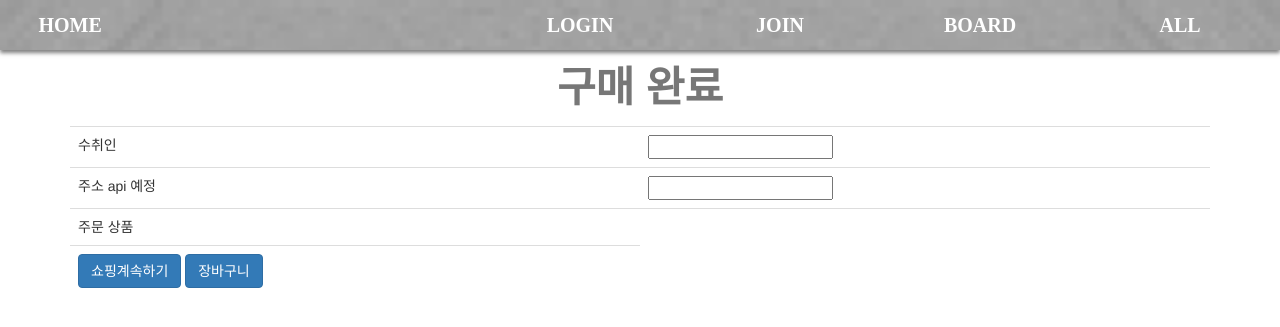
Repository: j-Woody/makers
Page: http://localhost/Makers/WEB-INF/views/porder/porderFin.jsp
An editor plug-in stored every save of this project. The page is shown before and after the next save, followed by the edit.
The browser window is 1280 px wide. The pictures show the whole page.
The page is served by Tomcat 9. Nobody is signed in. Other server files are loaded and not shown. The template is opened directly, without the code that normally fills it, so the values that code supplies are empty.

Above is the page before, as saved 2019-05-23 11:57:28.
Console error: ReferenceError: $ is not defined

### Makers/src/main/webapp/WEB-INF/views/porder/porderFin.jsp
<%@ page language="java" contentType="text/html; charset=UTF-8"
    pageEncoding="UTF-8"%>
      <%@ taglib prefix="c" uri="http://java.sun.com/jsp/jstl/core" %>
    <%@taglib prefix="fmt" uri="http://java.sun.com/jsp/jstl/fmt" %>
    <c:set var="conPath" value="${pageContext.request.contextPath }"/>
<!DOCTYPE html>
<html>
<head>
<meta charset="UTF-8">
<title>Insert title here</title>
<script>
	$(window).ready(function() {


	});

</script>
</head>
<body>
<jsp:include page="../main/header.jsp"></jsp:include>
<div  class="container ">
 <table class="table">
 <caption style="font-size: 3em; font-weight: bold; text-align: center;">구매 완료</caption>
  <tr>
      <td>
      	<span>수취인</span>

      </td>
        <td>
      		<input type="text" name="orname" readonly="readonly" required="required" value="${pList.orname }" >
      	 </td>
  </tr>
  <tr>
      <td>
      	<span>주소 api 예정</span>
      </td>
      <td colspan="2">
      	<input type="text" name="oraddr" readonly="readonly" required="required" value="${pList.oraddr }" >
      </td>

  </tr>

  <tr>
      <td colspan="3">
      		주문 상품
      </td>
  </tr>
  <c:forEach var="c" items="${cartList}">
  <tr>
      <td>
      		<span>${c.ptitle }/${c.mrtitle }</span>
      </td>
       <td>
      		<span>${c.ctcount }/${c.pcount }</span>
      </td>
      <td>
      	<img src="${conPath }/mOrderImage/${c.mrimg}" alt="${c.mrimg}" style="width: 100px;">
      </td>
  </tr>
  </c:forEach>
  	<tr>
       <td>
       <button class="btn btn-primary" onclick="location.href='${conPath}/Product/productList.do'">쇼핑계속하기</button>
       <button class="btn btn-primary" onclick="location.href='${conPath}/Cart/cartView.do?mid=${mem.mid }'">장바구니</button>
       </td>
    </tr>
  </table>
</div>
</body>
</html>

### Makers/src/main/webapp/WEB-INF/views/main/header.jsp
<%@ page language="java" contentType="text/html; charset=UTF-8"
	pageEncoding="UTF-8"%>
<%@ taglib prefix="c" uri="http://java.sun.com/jsp/jstl/core"%>
<%@ taglib prefix="fmt" uri="http://java.sun.com/jsp/jstl/fmt"%>
<c:set var="conPath" value="${pageContext.request.contextPath}" />
<!DOCTYPE html>
<html>
<head>
<meta charset="UTF-8">
<title>Insert title here</title>
<link href="${conPath}/css/header.css" rel="stylesheet" type="text/css">
<!-- <script src="https://code.jquery.com/jquery-3.3.1.min.js"></script> -->
<link rel="stylesheet" href="https://maxcdn.bootstrapcdn.com/bootstrap/3.3.2/css/bootstrap.min.css">
<script>
	$(document).ready(function() {
		$('#login').click(function() {
			$('#loginPage').removeAttr("style");
		});

		$('#login_RC').click(function() {
			$('#loginPage').removeAttr("style");
		});

		$('.blackpaper').click(function() {
			$('#loginPage').attr("style", "display:none;");
		});

		$('#msgto').click(function() {
			$('#msgPage').removeAttr("style");
			$.ajax({
				url:'${conPath}/msgListView.do',
				data:'mid=${mem.mid}',
				datatype:'html',
				type:'post',
				success:function(data){
					$('#msgPage').html(data);
				}
			});
		});
		$('#msgfrom').click(function() {
			$('#msgPage').removeAttr("style");
			$.ajax({
				url:'${conPath}/msgListView.do',
				data:'mid2=${mem.mid}',
				datatype:'html',
				type:'post',
				success:function(data){
					$('#msgPage').html(data);
				}
			});
		});

		$('#logOut').click(function(){
			$.ajax({
				url:'${conPath}/logout.do',
				type:'post',
				success:function(){
					location.reload();
				}
			});
		});
	});

</script>
</head>
<body>

	<div id="header">

		<div id="nav">

			<div id="n_name">

				<a href="${conPath}/main.do">HOME</a>

			</div>

			<c:if test="${empty mem && empty adm}">

				<div id="n_menu">

					<ul>
						<li><a id="login">LOGIN</a></li>

						<li><a href="${conPath}/joinView.do">JOIN</a></li>


						<li><a>BOARD</a>
							<ul>
								<li><a href="${conPath}/FreeBoard/fblist.do">FREE</a></li>
								<li><a href="${conPath}/QnA/qnaList.do">QnA</a></li>
							</ul>
						</li>

						<li><a>ALL</a>
							<ul>
								<li><a href="${conPath}/Item/itemBoardList.do">ITEM</a></li>
								<li><a href="${conPath}/Product/productList.do">PRODUCT</a></li>
								<li><a href="${conPath}/getMorderAllPaging.do">MOD</a></li>
							</ul>
						</li>

					</ul>

				</div>

			</c:if>





			<c:if test="${not empty mem}">

				<div id="n_menu">

					<ul>

					<li>
						<a id="msgto">
							<span class="glyphicon glyphicon-envelope" aria-hidden="true"></span>
						</a>
					</li>
					<li>
						<a id="msgfrom">
							<span class="glyphicon glyphicon-envelope" aria-hidden="true"></span>
						</a>
					</li>
					<li><a href="#header"><span id="logOut">LOGOUT</span></a></li>

						<li><a href="${conPath}/myInfoView.do">MY INFO</a></li>

						<li><a>BOARD</a>
							<ul>
								<li><a href="${conPath}/FreeBoard/fblist.do">FREE</a></li>
								<li><a href="${conPath}/QnA/qnaList.do">QnA</a></li>
								<li><a href="${conPath}/QnA/test.do">test</a></li>
							</ul>
						</li>

						<li><a>ALL</a>
							<ul>
								<li><a href="${conPath}/Item/itemBoardList.do">ITEM</a></li>
								<li><a href="${conPath}/Product/productList.do">PRODUCT</a></li>
								<li><a href="${conPath}/getMorderAllPaging.do">MOD</a></li>
								<li><a href="${conPath}/myMorderList.do?mid=${mem.mid}">MyBluePrint</a></li>
								<li><a href="${conPath}/Cart/cartListView.do?mid=${mem.mid}">장바구니</a></li>
							</ul>
						</li>

					</ul>

				</div>


			</c:if>





			<c:if test="${not empty adm}">

				<div id="n_menu">

					<ul>

						<li><a href="${conPath}/logout.do">LOGOUT</a></li>

						<li><a href="${conPath}/memberListView.do">LIST</a></li>

						<li><a>BOARD</a>
							<ul>
								<li><a href="${conPath}/FreeBoard/fblist.do">FREE</a></li>
								<li><a href="${conPath}/QnA/qnaList.do">QnA</a></li>

							</ul>
						</li>

						<li><a>ALL</a>
							<ul>
								<li><a href="${conPath}/Item/itemBoardList.do">ITEM</a></li>
								<li><a href="${conPath}/Product/productList.do">PRODUCT</a></li>
								<li><a href="${conPath}/getMorderAllPaging.do">MOD</a></li>

							</ul>
						</li>

					</ul>

				</div>


			</c:if>


		</div>

	</div>


	<c:if test="${empty mem }">
		<div id="loginPage" style="display: none;">
			<jsp:include page="../every/loginView.jsp"/>
		</div>

		<div id="finePwPage" style="display: none;">
			<jsp:include page="../every/findPwView.jsp"/>
		</div>
	</c:if>

	<c:if test="${not empty mem }">
		<div id="msgPage" style="display: none;">

		</div>
	</c:if>



</body>
</html>

### Makers/src/main/webapp/WEB-INF/views/every/loginView.jsp
<%@ page language="java" contentType="text/html; charset=UTF-8"
	pageEncoding="UTF-8"%>
<%@ taglib prefix="c" uri="http://java.sun.com/jsp/jstl/core"%>
<%@ taglib prefix="fmt" uri="http://java.sun.com/jsp/jstl/fmt"%>
<c:set var="conPath" value="${pageContext.request.contextPath}" />
<!DOCTYPE html>
<html>
<head>
<meta charset="UTF-8">
<title>Insert title here</title>
<link href="${conPath}/css/login.css" rel="stylesheet" type="text/css">
<script src="https://code.jquery.com/jquery-3.3.1.min.js"></script>
<script>
$(document).ready(function() {
	$('#forgot').click(function() {
		$('#loginPage').attr("style", "display:none;");
		$('#finePwPage').removeAttr("style");
	});

	$('.blackpaper').click(function() {
		$('#finePwPage').attr("style", "display:none;");
	});

	if (${loginFail == 0} && true) {
		$('#loginPage').removeAttr("style");
	}

	$('.libtn').click(function(){
		var id=$('#id').val();
		var pw=$('#pw').val();
		$.ajax({
			url:'${conPath}/login.do',
			data:'id='+id+'&pw='+pw,
			datatype:'html',
			type:'post',
			success:function(data){
				location.reload();
			}
		});
	});
});
</script>
</head>
<body>
	<div>

        <div class="blackpaper">
        </div>

        <div id="loginbox">

            <form name="frm" id="frm" onsubmit="return chk()">

                <input type="text" name="id" id="id" class="login" value="${mid}" placeholder="ID" autofocus="autofocus" required>
                <input type="password" name="pw" id="pw" class="login" placeholder="password" required>

				<div id="forgot">Forgot password?</div>

                <div class="btn_wrap">
                    <input type="button" class="libtn focus" value="Login">
                </div>

            </form>

        </div>
    </div>
</body>
</html>

### Makers/src/main/webapp/WEB-INF/views/every/findPwView.jsp
<%@ page language="java" contentType="text/html; charset=UTF-8" pageEncoding="UTF-8"%>
<%@ taglib prefix="c" uri="http://java.sun.com/jsp/jstl/core" %>
<%@ taglib prefix="fmt" uri="http://java.sun.com/jsp/jstl/fmt" %>
<c:set var="conPath" value="${pageContext.request.contextPath }"/>
<!DOCTYPE html>
<html>
<head>
<meta charset="UTF-8">
<title>Insert title here</title>
	<link href="${conPath }/css/findpw.css" rel="stylesheet" type="text/css">
	<script src="https://ajax.googleapis.com/ajax/libs/jquery/3.3.1/jquery.min.js"></script>
	<script>
		$(document).ready(function(){
			$('#send').click(function(){
				var fmid = $('#fmid').val();
				$.ajax({
					url : '${conPath}/mailSend.do',
					datatype : 'html',
					data : "reason=findPw&mid="+fmid,
					success : function(data, status){
						alert('임시 비밀번호가 '+fmid+'로 전송되었습니다.\n로그인 화면으로 이동합니다.');
						location.href="${conPath}/main.do";
					}
				});
			});
		});
	</script>
</head>
<body>

	<div>

        <div class="blackpaper">
        </div>

        <div id="findbox">
            <p>ID(E-Mail)</p>
            <input type="email" name="mid" id="fmid" class="find_pw">
            <button id="send" class="fpbtn fpfocus">이메일로 임시번호 받기</button>
        </div>

    </div>

</body>
</html>

### Makers/src/main/webapp/css/header.css
@charset "UTF-8";

* {
	margin: 0;
	padding: 0;
	text-decoration: none;
}


/* 헤더 */
#header {
	height: 50px;
	background-image: url(../teamIMG/back/mirrored_squares_@2X.png);
	background-size: cover;
	background-repeat: no-repeat;
}

#nav {
	z-index: 9; /* 우선순위 */
	position: absolute; /* 스크롤 따라움직임 */
	left: 0;
	top: 0;
	display: inline-block;
	width: 100%; /* 네비바 넓이 */
	min-width: 1000px;
	/* background: #706c6c; */ /* 네비바 배경색 */
	opacity: 1; /* 네비바 투명도 */
	height: 50px; /* 네비바 높이 */
	box-shadow: 0px 3px 4px rgba(0, 0, 0, 0.5); /* 네비바 그림자 살짝 */
}

#n_name {
	float: left; /* 네비바 안에 HOME버튼 */
	display: inline-block;
	margin-left: 3%; /* 네비바 안에 HOME버튼의 왼쪽여백 */
	height: 50px; /* 네비바 안에 HOME버튼의 높이 */
}

#n_name a { /* 네비바 안에 HOME글자 CSS */
	display: inline-block;
	width: 100%;
	height: 100%;
	color: white;
	letter-spacing: 0px;
	/* text-shadow: 0px 1px 1px rgba(0, 0, 0, 0.4); */
	text-decoration: none;
	font-size: 20px;
	line-height: 50px;
	text-decoration: none;
	font-weight: bold;
	font-family: 'Drawing Guides';
}

#n_menu { /* 네비바 안에 메뉴 */
	float: right;
	display: inline-block;
	height: 50px;
}

#n_menu ul {
	display: inline-block;
}

#n_menu li {
	float: left;
	display: inline;
	height: 100%;
	width: 200px;
}

#n_menu a {
	display: block;
	color: white;
	height: 50px;
	font-size: 20px;
	line-height: 50px;
	text-decoration: none;
	text-align: center;
	font-weight: bold;
	font-family: Drawing Guides;
}

#n_menu a:hover {
	color: #292e2f;
	background: #fff;
	text-shadow: none;
}

#n_menu li {
	overflow: hidden;
}

#n_menu li ul { /* 오버하면 보이는 버튼1  */
	display: none; /* 평상시에는 서브메뉴가 안보이게 하기 */
	position: absolute;
	z-index: 201;
	font: 14px;
	color: white;
	font-size: 14px;
	line-height: 50px;
	text-align: center;
	text-decoration: none;
	background-color: #706c6c;
	width: 200px;
}

#n_menu li:hover ul { /* 오버하면 보이는 버튼2  */
	display: block; /* 마우스 커서 올리면 서브메뉴 보이게 하기 */
	z-index: 201;
}



/* 헤더 끝 */

### Makers/src/main/webapp/css/login.css
@charset "UTF-8";

* {
	margin: 0;
	padding: 0;
}

.blackpaper {
	position: fixed;
	background-color: black;
	width: 100%;
	height: 100%;
	opacity: 0.6;
	z-index: 10;
	top: 0%;
}

#loginbox {
	position: fixed;
	width: 20%;
	padding: 27px 19px 23px;
	border-bottom: 1px solid #C4C4C4;
	border-radius: 5px;
	background: white;
	box-shadow: 0 1px 5px rgba(0, 0, 0, 0.25);
	box-shadow: 0 1px 5px rgba(0, 0, 0, 0.25);
	z-index: 100;
	left: 50%;
	margin-left: -10%;
	top: 50%;
	margin-top: -10%;
}

.login {
	width: 100%;
	height: 50px;
	margin-bottom: 25px;
	padding: 0 15px 2px;
	font-size: 17px;
	background: white;
	border: 2px solid #EBEBEB;
	border-radius: 4px;
	box-shadow: inset 0 -2px #EBEBEB;
	box-shadow: inset 0 -2px #EBEBEB;
	font-family: inherit;
	color: inherit;
	box-sizing: border-box;
}

.login:focus { /* 클릭시 */
	border-color: #62C2E4;
	outline: none;
	box-shadow: inset 0 -2px #62C2E4;
	box-shadow: inset 0 -2px #62C2E4;
}

#forgot {
	margin-top: -20px;
	height: 20px;
	width: 100%;
	text-align: right;
	color: blue;
}

#forgot p {

}

.btn_wrap {
	padding-top: 10px;
	text-align: center;
}

.libtn {
	width: 100%;
	display: inline-block;
	vertical-align: middle;
	min-width: 60px;
	height: 40px;
	margin: 0;
	padding: 0 15px;
	border: #222 solid 1px;
	border-radius: 3px;
	color: #222;
	line-height: 38px;
	text-decoration: none;
}

.libtn.focus {
	background: linear-gradient(to bottom, gray, black);
	color: white;
}

.libtn.focus:hover {
	background: linear-gradient(to bottom, white, lightgray);
	color: #333;
}

### Makers/src/main/webapp/css/findpw.css
@charset "UTF-8";

* {
	margin: 0;
	padding: 0;
}

.blackpaper {
	position: fixed;
	background-color: black;
	width: 100%;
	height: 100%;
	opacity: 0.6;
	z-index: 10;
	top: 0%;
}

#findbox {
	position: fixed;
	width: 20%;
	height: 21%;
	padding: 27px 19px 23px;
	border-bottom: 1px solid #C4C4C4;
	border-radius: 5px;
	background: white;
	box-shadow: 0 1px 5px rgba(0, 0, 0, 0.25);
	box-shadow: 0 1px 5px rgba(0, 0, 0, 0.25);
	z-index: 100;
	left: 50%;
	margin-left: -10%;
	top: 50%;
	margin-top: -10%;
	font-weight: bold;
	font-size: 20px;
	text-align: center;
}

#findbox p {
	width: 100%;
	height: 50px;
}

.find_pw {
	width: 100%;
	height: 50px;
	margin-bottom: 25px;
	padding: 0 15px 2px;
	font-size: 17px;
	background: white;
	border: 2px solid #EBEBEB;
	border-radius: 4px;
	box-shadow: inset 0 -2px #EBEBEB;
	box-shadow: inset 0 -2px #EBEBEB;
	font-family: inherit;
	color: inherit;
	box-sizing: border-box;
	margin-top: 20px;
}

.find_pw:focus { /* 클릭시 */
	border-color: #62C2E4;
	outline: none;
	box-shadow: inset 0 -2px #62C2E4;
	box-shadow: inset 0 -2px #62C2E4;
}

#forgot {
	margin-top: -20px;
	height: 20px;
	width: 100%;
	text-align: right;
	color: blue;
}

.fpbtn {
	width: 100%;
	display: inline-block;
	vertical-align: middle;
	min-width: 60px;
	height: 40px;
	margin: 0;
	padding: 0 15px;
	border: #222 solid 1px;
	border-radius: 3px;
	color: #222;
	line-height: 38px;
	text-decoration: none;
}

.fpbtn.fpfocus {
	background: linear-gradient(to bottom, gray, black);
	color: white;
}

.fpbtn.fpfocus:hover {
	background: linear-gradient(to bottom, white, lightgray);
	color: #333;
}

After the next save:
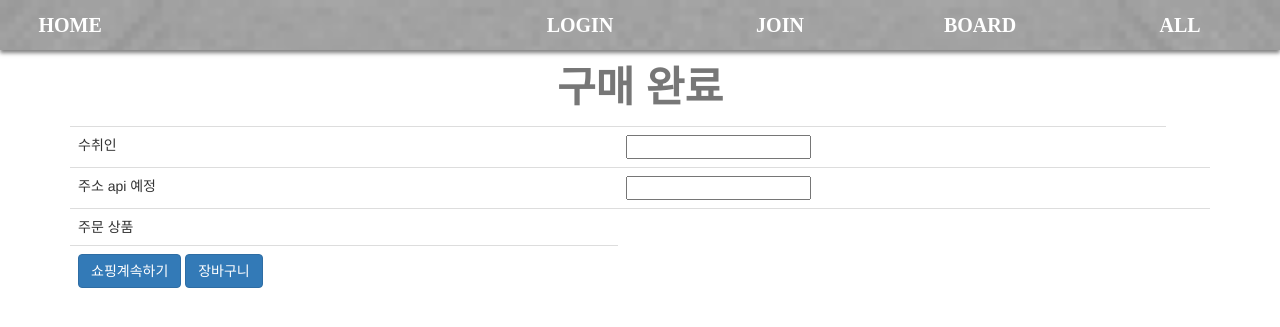
Saved 30 s later.
--- a/Makers/src/main/webapp/WEB-INF/views/porder/porderFin.jsp
+++ b/Makers/src/main/webapp/WEB-INF/views/porder/porderFin.jsp
@@ -41,8 +41,12 @@
   </tr>
 
   <tr>
-      <td colspan="3">
+      <td >
       		주문 상품
+      </td>
+      <td>
+      </td>
+      <td>
       </td>
   </tr>
   <c:forEach var="c" items="${cartList}">

After the save that followed:
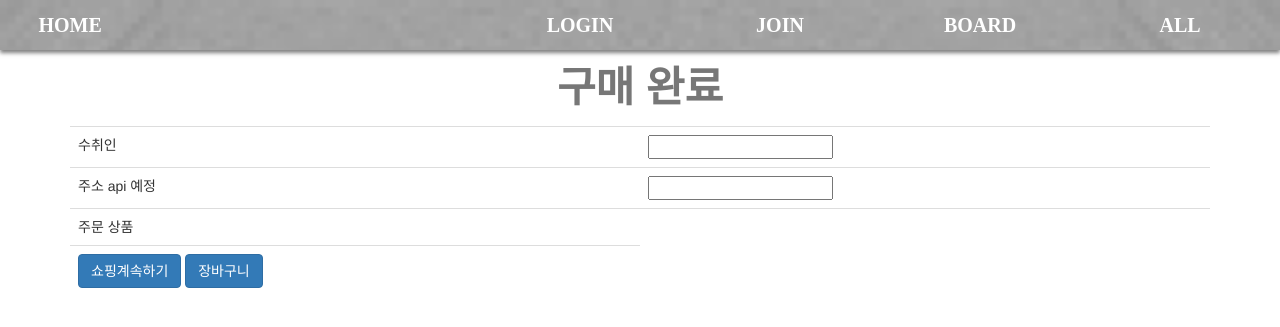
Saved 11 s later.
--- a/Makers/src/main/webapp/WEB-INF/views/porder/porderFin.jsp
+++ b/Makers/src/main/webapp/WEB-INF/views/porder/porderFin.jsp
@@ -26,7 +26,7 @@
       	<span>수취인</span>
 
       </td>
-        <td>
+        <td td colspan="2">
       		<input type="text" name="orname" readonly="readonly" required="required" value="${pList.orname }" >
       	 </td>
   </tr>
